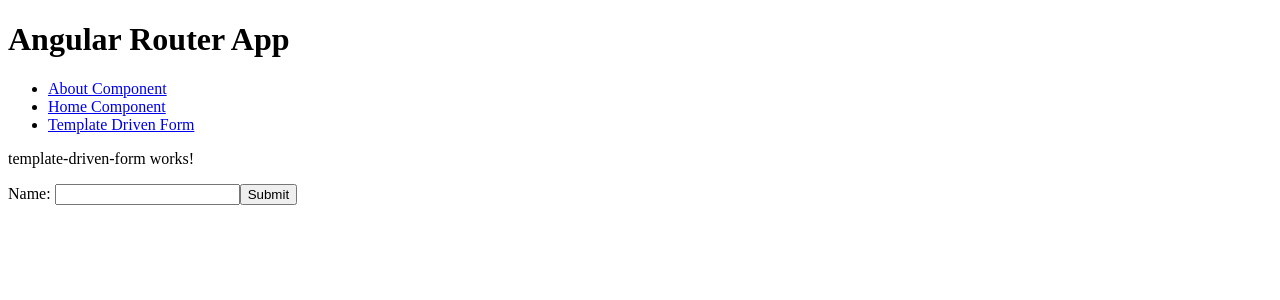
Repository: PhamTrungNguyen/Angular12
Page: /form (app in Angular/)
These files come from the project's save history. The page is drawn as it stood at one moment and after the next save; the edit follows.
The browser window is 1280 px wide. The pictures show the whole page.
The project was rebuilt for these pictures with package versions that can differ from the ones it lists, and the page was loaded fresh each time. Also part of the build but not shown: Angular/angular.json, Angular/src/app/home/home.component.ts, Angular/src/app/Service/home.service.ts, Angular/src/app/about/about.component.ts, Angular/src/app/page-not-found/page-not-found.component.ts.

Above is the page before, as saved 2023-01-03 22:02:48.

After the next save:
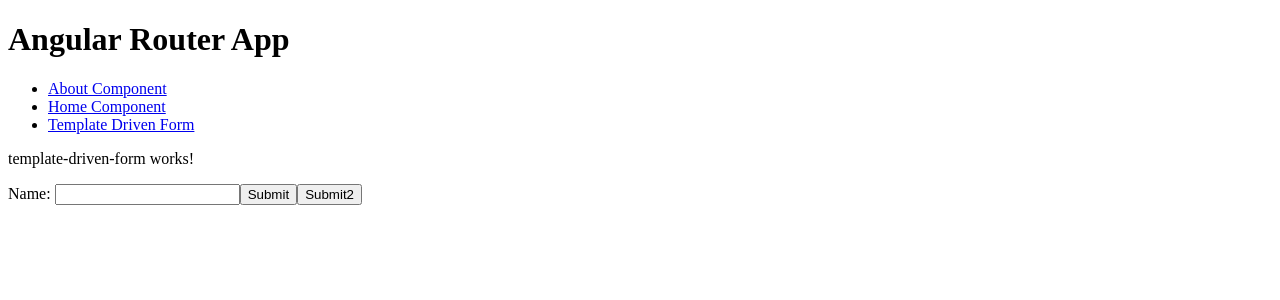
Saved 20 s later.
--- a/Angular/src/app/template-driven-form/template-driven-form.component.html
+++ b/Angular/src/app/template-driven-form/template-driven-form.component.html
@@ -3,4 +3,5 @@
     Name:
     <input type="text" [(ngModel)]="name" [ngModelOptions]="{ standalone: true }" />
     <button (click)="submitForm()">Submit</button>
+    <button (click)="submitForm()">Submit2</button>
 </form>
